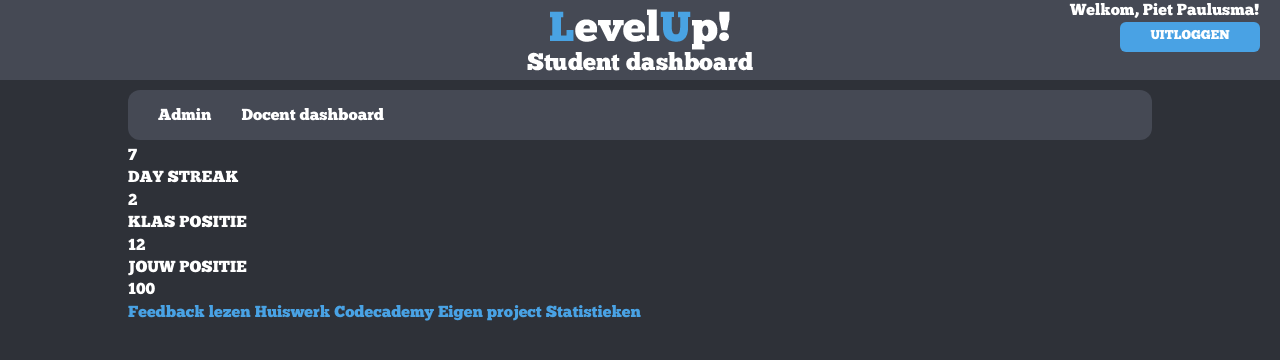
Repository: boblanckenburg/levelup
Page: website/src/index.html
These files come from the project's save history. The page is drawn as it stood at one moment and after the next save; the edit follows.
The browser window is 1280 px wide. The pictures show the whole page.

Above is the page before, as saved 2014-10-07 14:44:17.

After the next save:
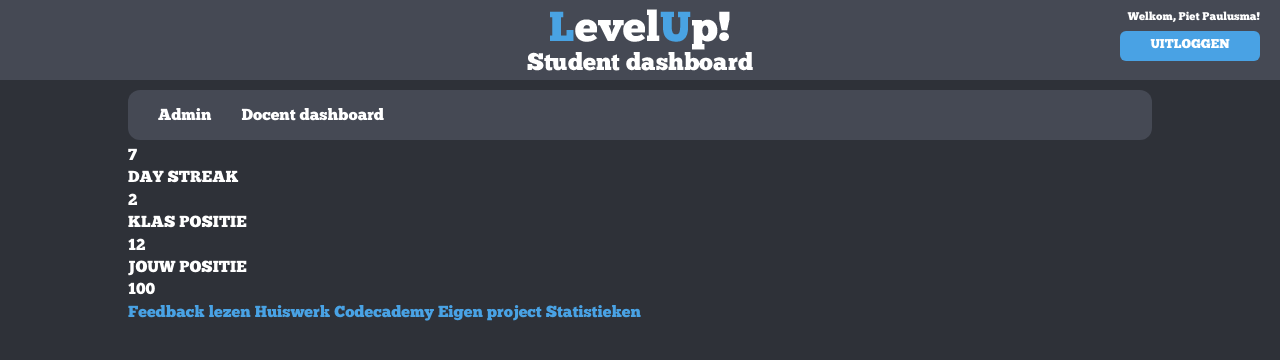
Saved 44 s later.
--- a/website/src/index.html
+++ b/website/src/index.html
@@ -21,7 +21,7 @@
 		<div class="dashboard">
 			<section class="header">
 				<div id="welcome">
-					<span>Welkom, Piet Paulusma!</span>
+					<p>Welkom, Piet Paulusma!</p>
 					<a href="">UITLOGGEN</a>
 				</div>
 			</section>
